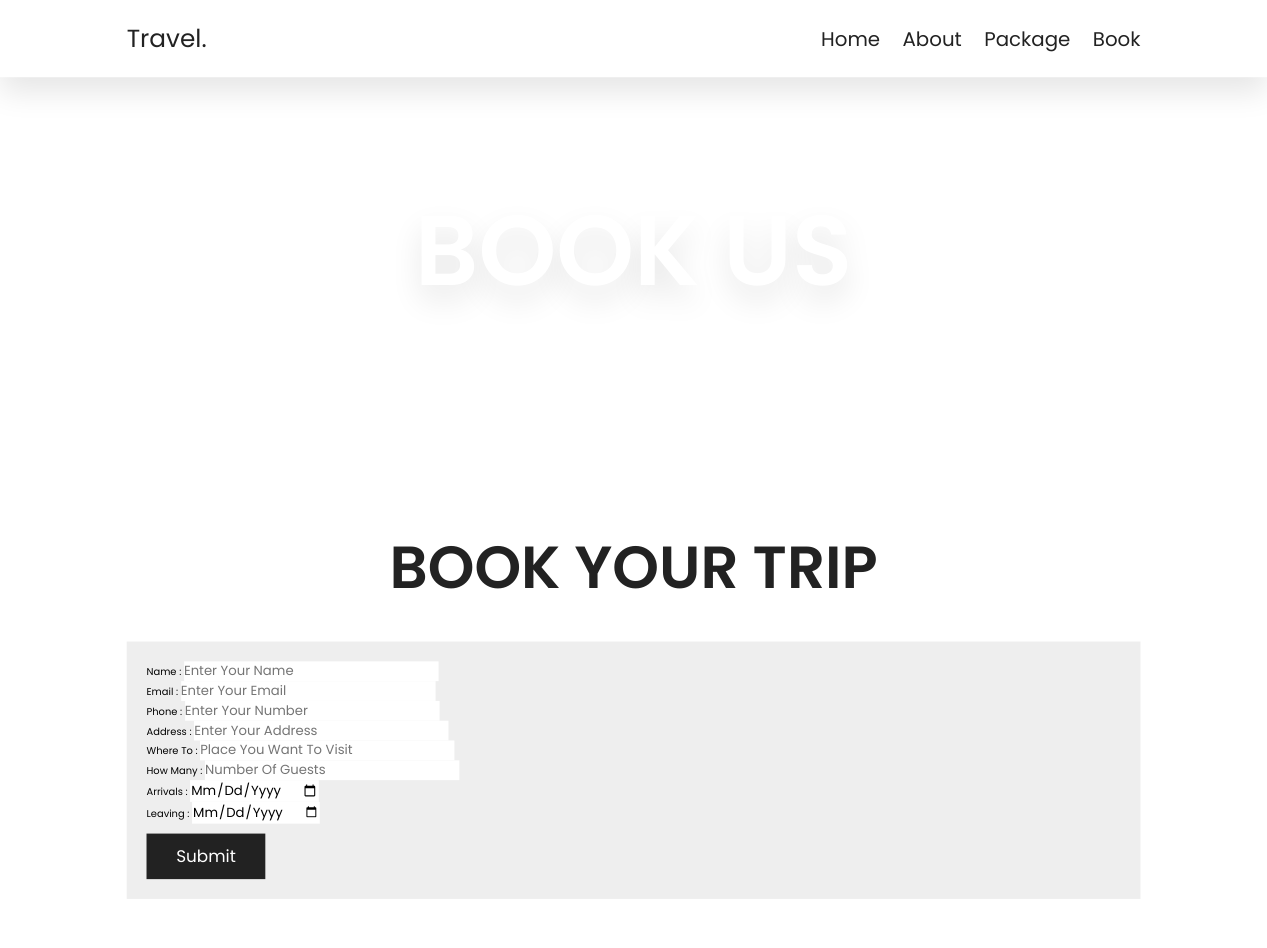
Repository: CTCuong/Traveloka-Web
Page: assets/book.html
The author's editor kept a copy of each file at every save. The page is drawn from the files as they stood at one save, then again after the next save.
The browser window is 1280 px wide. The pictures show the part of the page from y = 0 to 958 px (the page is 1604 px tall before and 1666 px after), at 99% of full size.
Pictures or frames that could not be fetched are drawn as grey boxes. Backgrounds fixed to the window are drawn as part of the page.

Above is the page before, as saved 2023-07-08 15:43:30.
Console error: TypeError: Cannot set properties of null (setting 'onclick')

After the next save:
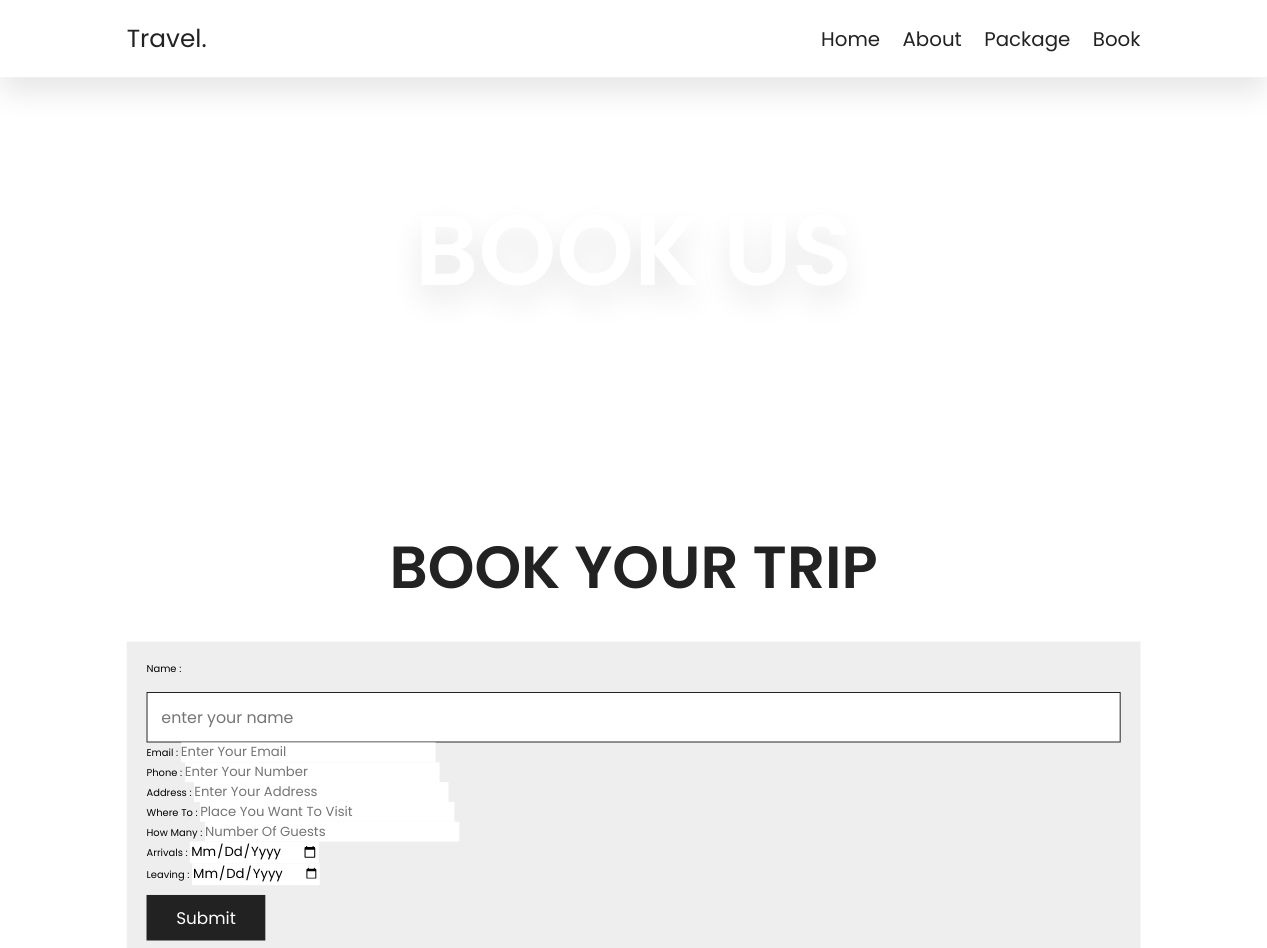
Saved 4 min 18 s later.
--- a/assets/css/style.css
+++ b/assets/css/style.css
@@ -483,6 +483,35 @@ section {
     background: var(--light-bg);
 }
 
+.booking .book-form .flex {
+    display: flex;
+    flex-wrap: wrap;
+    gap:2rem;
+}
+
+.booking .book-form .flex .inputBox {
+    flex: 1 1 41rem;
+}
+
+.booking .book-form .flex .inputBox input {
+    width: 100%;
+    padding: 1.2rem 1.4rem;
+    font-size: 1.6rem;
+    color: var(--light-black);
+    text-transform: none;
+    margin-top: 1.5rem;
+    border: var(--border);
+}
+
+.booking .book-form .flex .inputBox input:focus {
+    background: var(--black);
+    color: var(--white);
+}
+
+.booking .book-form .flex .inputBox input:focus::placeholder {
+    color: var(--light-white);
+}
+
 
 
 
